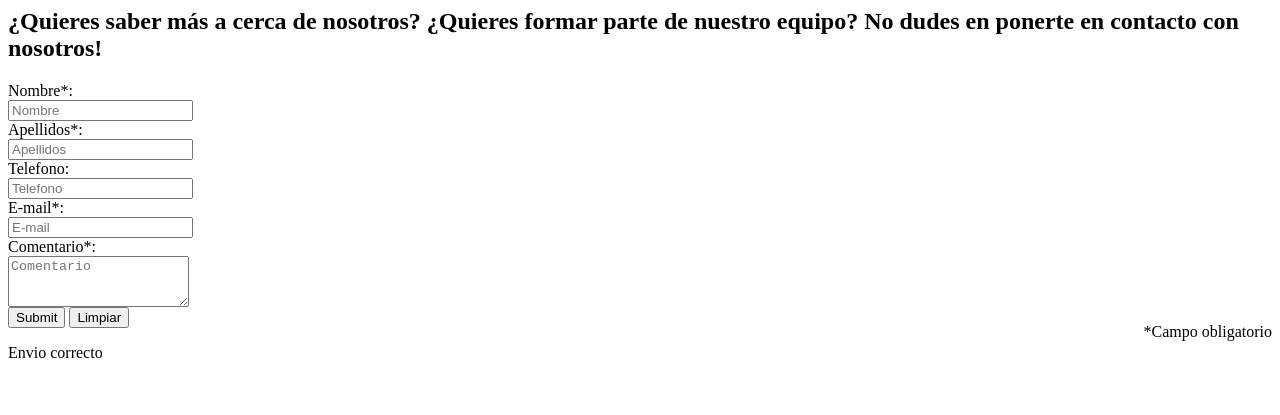
Repository: DiegoGodoy/atletiblue
Page: app/views/contacto.html
The author's editor kept a record of every edit. The page is drawn from the files as they stood at one moment, then again after the next edit.
The browser window is 1280 px wide. The pictures show the whole page.

Above is the page before.

### app/views/contacto.html
<div ng-controller="ContactoCtrl" class="container" >
        <div class="row">

            <div class="col-md-12">
                <div class="panel">
                    <div class="panel-body">
                        <div>
                        <h2>¿Quieres saber más a cerca de nosotros? ¿Quieres formar parte de nuestro equipo? No dudes en ponerte en contacto con nosotros!</h2>
                        </div>

                        <div>
                        <form name="miFormulario" class="form-horizontal" nonvalidate ng-submit="add(user)" onsubmit="this.reset()">

                            <div class="form-group">
                                <label class="control-label col-xs-3">Nombre*:</label>
                                <div class="col-xs-9">
                                    <input type="text" class="form-control" placeholder="Nombre" required ng-model="user.nombre">
                                </div>
                            </div>
                            <div class="form-group">
                                <label class="control-label col-xs-3">Apellidos*:</label>
                                <div class="col-xs-9">
                                    <input type="text" class="form-control" placeholder="Apellidos" required ng-model="user.apellido">
                                </div>
                            </div>
                            <div class="form-group">
                                <label class="control-label col-xs-3" >Telefono:</label>
                                <div class="col-xs-9">
                                    <input type="tel" class="form-control" placeholder="Telefono" ng-minlength=9 ng-maxlength=9 ng-model="user.telefono">
                                </div>
                            </div>

                             <div class="form-group">
                                <label class="control-label col-xs-3" >E-mail*:</label>
                                <div class="col-xs-9">
                                    <input type="email" class="form-control" placeholder="E-mail" required ng-model="user.email">
                                </div>
                            </div>

                            <div class="form-group">
                                <label class="control-label col-xs-3">Comentario*:</label>
                                <div class="col-xs-9">
                                    <textarea rows="3" class="form-control" placeholder="Comentario" required ng-model="user.comentario"></textarea>
                                </div>
                            </div>
                            <p style="float: right;">*Campo obligatorio</

                            <br>
                            <div class="form-group">
                                <div class="col-xs-offset-3 col-xs-9">
                                    <input type="submit" class="btn btn-primary" class="btn btn-primary" data-toggle="modal" data-target=".bs-example-modal-sm"
                                        onclick=form.reset ng-disabled="miFormulario.$invalid">
                                    <input type="reset" class="btn btn-default" value="Limpiar">
                                </div>
                            </div>


                            </div>

                            <div class="modal fade bs-example-modal-sm" tabindex="-1" role="dialog" aria-labelledby="mySmallModalLabel" aria-hidden="true">
  <div class="modal-dialog modal-sm">
    <div class="modal-content">
      Envio correcto
    </div>
  </div>
</div>

                        </form>




                    </div>
                </div>
            </div>
            <!--/col-12-->
        </div>
    </div>

After the next edit:
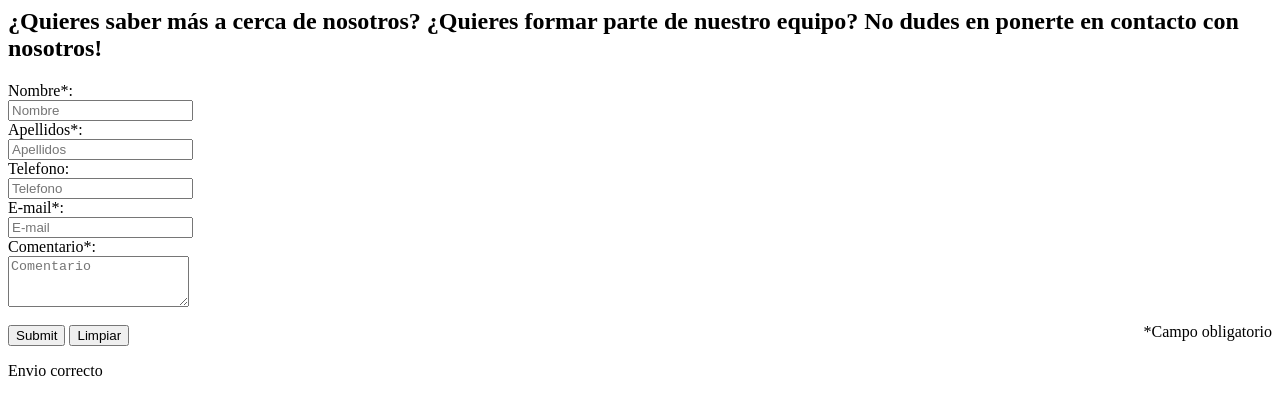
The edit:
--- a/app/views/contacto.html
+++ b/app/views/contacto.html
@@ -43,7 +43,7 @@
                                     <textarea rows="3" class="form-control" placeholder="Comentario" required ng-model="user.comentario"></textarea>
                                 </div>
                             </div>
-                            <p style="float: right;">*Campo obligatorio</
+                            <p style="float: right;">*Campo obligatorio</p>
 
                             <br>
                             <div class="form-group">
